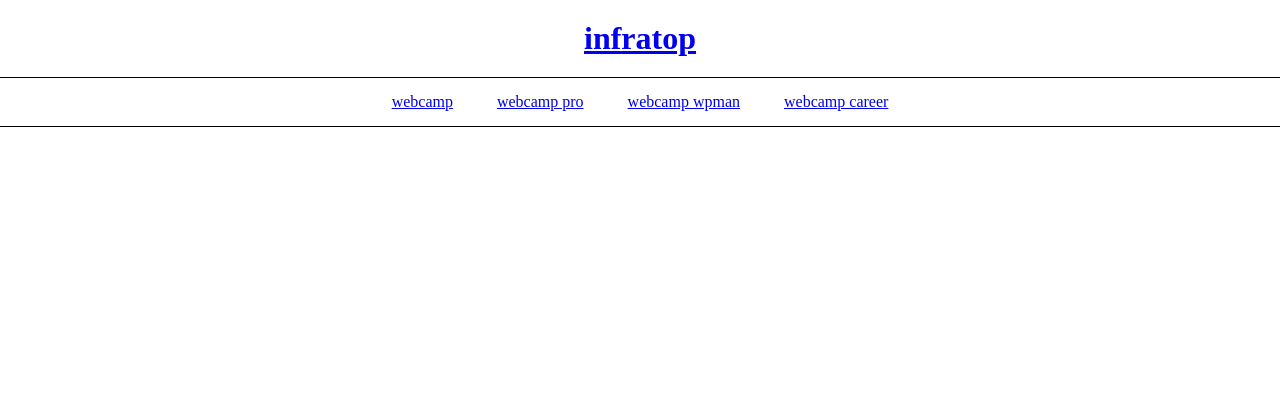
Repository: Y-takumi0/DMMwebcamp
Page: exercise/chapter5.html
The author's editor kept a record of every edit. The page is drawn from the files as they stood at one moment, then again after the next edit.
The browser window is 1280 px wide. The pictures show the whole page.

Above is the page before.

After the next edit:
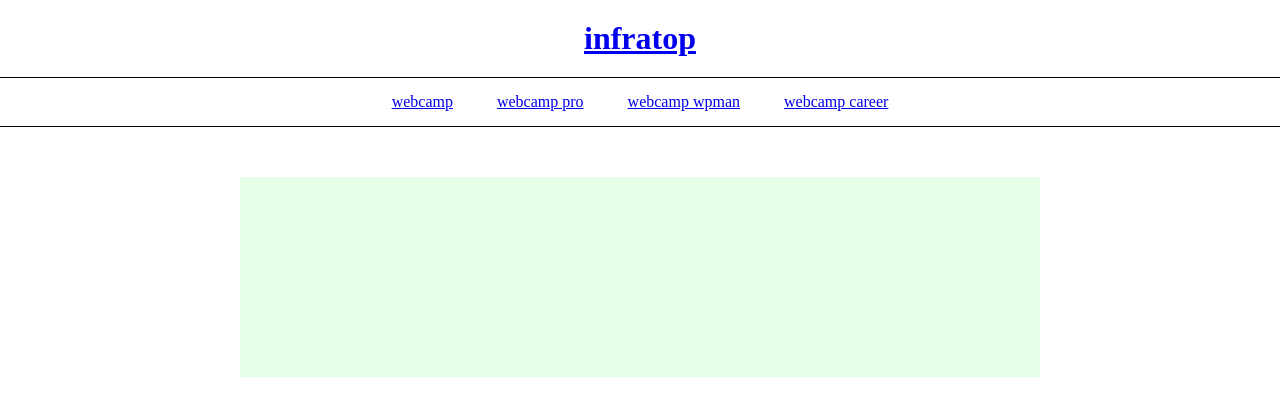
The edit:
--- a/exercise/chapter5.html
+++ b/exercise/chapter5.html
@@ -32,5 +32,17 @@
         </li>
       </ul>
     </nav>
+
+    <div class="main">
+      <div class="square1"></div>
+      <div class="square1"></div>
+      <div class="square1"></div>
+      <div class="square1"></div>
+      <div class="square1"></div>
+      <div class="square1"></div>
+      <div class="square1"></div>
+      <div class="square1"></div>
+      <div class="square1"></div>
+    </div>
   </body>
 </html>
